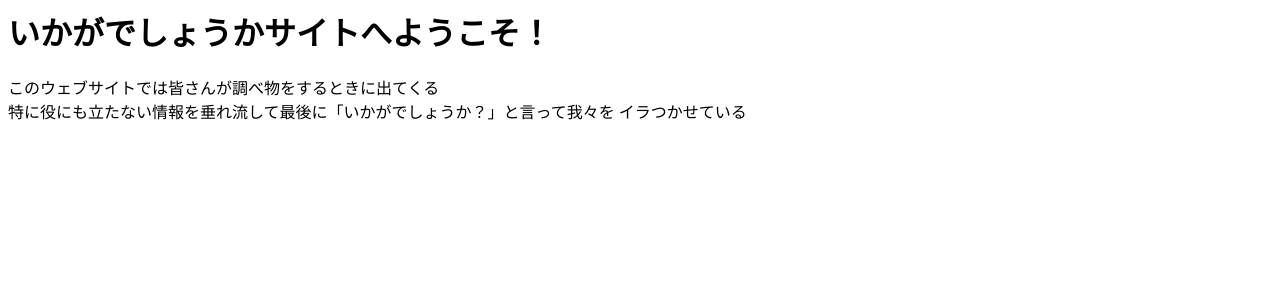
Repository: ghevp/ikagadeshoka
Page: page/home.html
These files come from the project's save history. The page is drawn as it stood at one moment and after the next save; the edit follows.
The browser window is 1280 px wide. The pictures show the whole page.

Above is the page before, as saved 2022-06-23 02:47:46.

### page/home.html
<div class="home">
    <h1>いかがでしょうかサイトへようこそ！</h1>
    <p>このウェブサイトでは皆さんが調べ物をするときに出てくる<br>
    特に役にも立たない情報を垂れ流して最後に「いかがでしょうか？」と言って我々を
    イラつかせている</p>
</div>

After the next save:
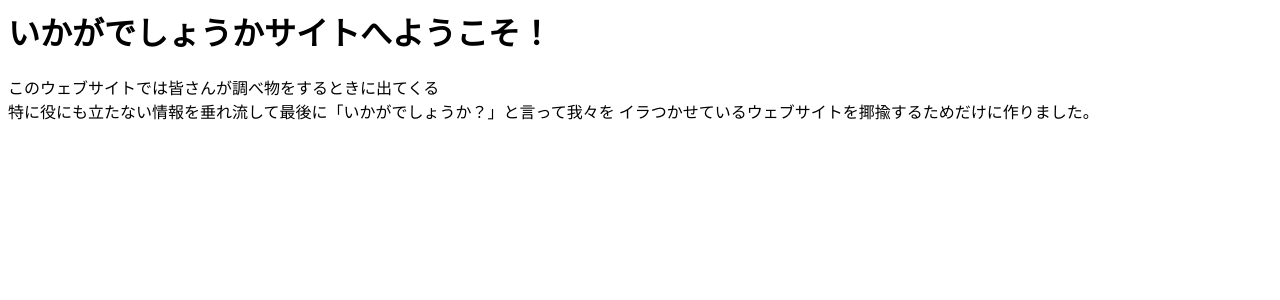
Saved 14 s later.
--- a/page/home.html
+++ b/page/home.html
@@ -2,5 +2,5 @@
     <h1>いかがでしょうかサイトへようこそ！</h1>
     <p>このウェブサイトでは皆さんが調べ物をするときに出てくる<br>
     特に役にも立たない情報を垂れ流して最後に「いかがでしょうか？」と言って我々を
-    イラつかせている</p>
+    イラつかせているウェブサイトを揶揄するためだけに作りました。</p>
 </div>
